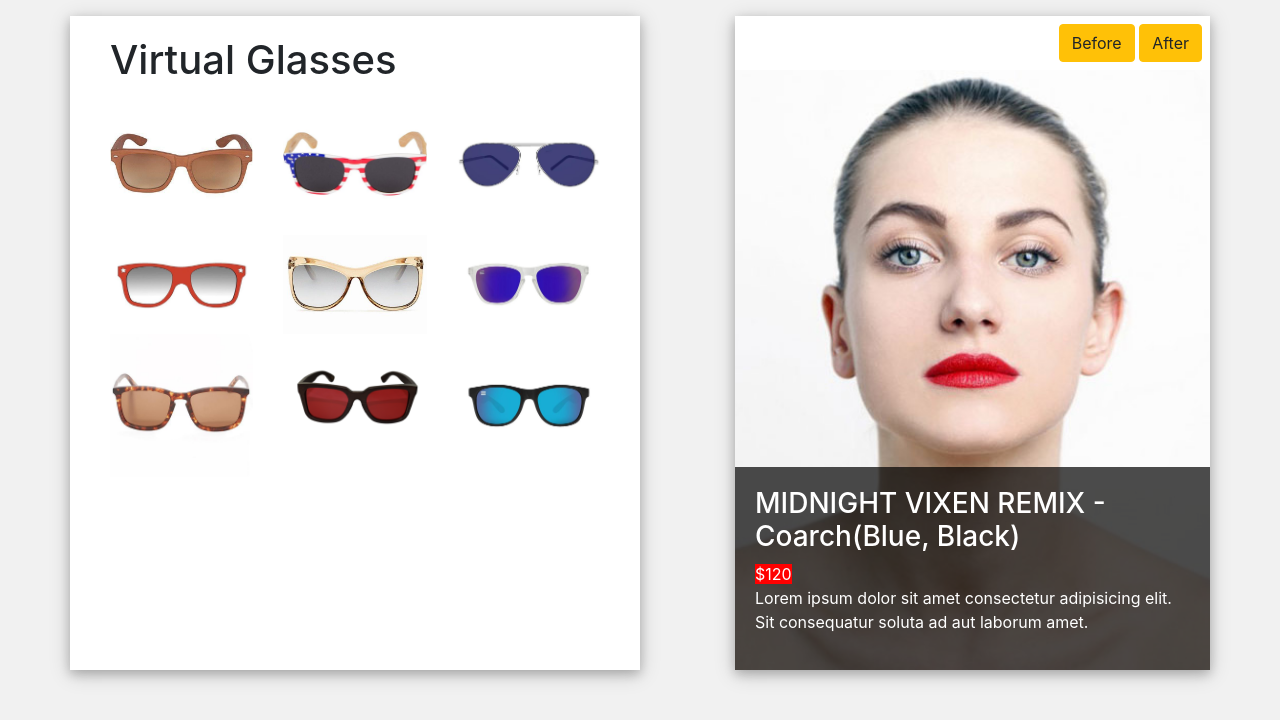
Repository: Khoi300399/BC35E_ES6_B2_MaThanhKhoi
Page: index.html
These files come from the project's save history. The page is drawn as it stood at one moment and after the next save; the edit follows.
The browser window is 1280 px wide. The pictures show the whole page.

Above is the page before, as saved 2022-10-21 23:43:13.

### index.html
<!DOCTYPE html>
<html lang="en">
  <head>
    <title>Virtual Glasses</title>
    <!-- Required meta tags -->
    <meta charset="utf-8" />
    <meta
      name="viewport"
      content="width=device-width, initial-scale=1, shrink-to-fit=no"
    />

    <!-- Bootstrap CSS -->
    <link
      rel="stylesheet"
      href="https://stackpath.bootstrapcdn.com/bootstrap/4.3.1/css/bootstrap.min.css"
      integrity="sha384-ggOyR0iXCbMQv3Xipma34MD+dH/1fQ784/j6cY/iJTQUOhcWr7x9JvoRxT2MZw1T"
      crossorigin="anonymous"
    />

    <!-- Main CSS -->
    <link rel="stylesheet" href="./css/index.css" />
  </head>

  <body>
    <div class="container vglasses py-3">
      <div class="row justify-content-between">
        <div class="col-6 vglasses__left">
          <div class="row">
            <div class="col-12">
              <h1 class="mb-2">Virtual Glasses</h1>
            </div>
          </div>
          <div class="row" id="vglassesList"></div>
        </div>
        <div class="col-5 vglasses__right p-0">
          <div class="vglasses__card">
            <div class="mb-2 text-right mt-2 mr-2">
              <button
                id="btn1"
                class="btn btn-warning"
                onclick="removeGlasses()"
              >
                Before
              </button>
              <button id="btn2" class="btn btn-warning" onclick="addGlasses()">
                After
              </button>
            </div>
            <div class="vglasses__model" id="avatar"></div>
            <div id="glassesInfo" class="vglasses__info">
              <h3>MIDNIGHT VIXEN REMIX - Coarch(Blue, Black)</h3>
              <span>$120</span>
              <p>
                Lorem ipsum dolor sit amet consectetur adipisicing elit. Sit
                consequatur soluta ad aut laborum amet.
              </p>
            </div>
          </div>
        </div>
      </div>
    </div>

    <!-- Optional JavaScript -->
    <!-- jQuery first, then Popper.js, then Bootstrap JS -->
    <script
      src="https://code.jquery.com/jquery-3.4.1.js"
      integrity="sha256-WpOohJOqMqqyKL9FccASB9O0KwACQJpFTUBLTYOVvVU="
      crossorigin="anonymous"
    ></script>
    <!-- <script src="https://code.jquery.com/jquery-3.3.1.slim.min.js" integrity="sha384-q8i/X+965DzO0rT7abK41JStQIAqVgRVzpbzo5smXKp4YfRvH+8abtTE1Pi6jizo" crossorigin="anonymous"></script> -->
    <script
      src="https://cdnjs.cloudflare.com/ajax/libs/popper.js/1.14.7/umd/popper.min.js"
      integrity="sha384-UO2eT0CpHqdSJQ6hJty5KVphtPhzWj9WO1clHTMGa3JDZwrnQq4sF86dIHNDz0W1"
      crossorigin="anonymous"
    ></script>
    <script
      src="https://stackpath.bootstrapcdn.com/bootstrap/4.3.1/js/bootstrap.min.js"
      integrity="sha384-JjSmVgyd0p3pXB1rRibZUAYoIIy6OrQ6VrjIEaFf/nJGzIxFDsf4x0xIM+B07jRM"
      crossorigin="anonymous"
    ></script>

    <!-- MAIN JS -->
    <script type="" src="./js/main.js"></script>
  </body>
</html>

### css/index.css
/* GLOBAL */
* {
  box-sizing: border-box;
}
body {
  background: #f1f1f1;
}

/* MAIN CSS */
.vglasses__left {
  background-color: white;
  padding: 20px 40px;
  box-shadow: 0 4px 10px 0 rgba(0, 0, 0, 0.2), 0 4px 20px 0 rgba(0, 0, 0, 0.19);
}
.vglasses__left .col-4 {
  align-self: center;
}
.vglasses__items {
  width: 50px;
  height: 50px;
}

.vglasses__left img {
  cursor: pointer;
  width: 100%;
  height: 100%;
}

.vglasses__right {
  box-shadow: 0 4px 10px 0 rgba(0, 0, 0, 0.2), 0 4px 20px 0 rgba(0, 0, 0, 0.19);
}

.vglasses__model {
  background-image: url("../img/model.jpg");
  background-position: center top;
  background-size: cover;
  height: 600px;
}

.vglasses__model img {
  position: absolute;
  top: 32%;
  left: 25%;
  width: 238px;
  height: 85px;
  opacity: 0.9;
}

.vglasses__card {
  position: relative;
  overflow: hidden;
  background-color: white;
}

.vglasses__info {
  position: absolute;
  bottom: 0;
  left: 0;
  background-color: rgba(0, 0, 0, 0.7);
  width: 100%;
  color: white;
  padding: 20px;
}

.vglasses__info h3 {
}

.vglasses__info span {
  background-color: red;
}

#glasses {
  transition: all 0.5s;
}

### js/main.js
let dataGlasses = [
  {
    id: "G1",
    src: "./img/g1.jpg",
    virtualImg: "./img/v1.png",
    brand: "Armani Exchange",
    name: "Bamboo wood",
    color: "Brown",
    price: 150,
    description:
      "Lorem ipsum dolor sit amet consectetur adipisicing elit. Nobis ea voluptates officiis? ",
  },
  {
    id: "G2",
    src: "./img/g2.jpg",
    virtualImg: "./img/v2.png",
    brand: "Arnette",
    name: "American flag",
    color: "American flag",
    price: 150,
    description:
      "Lorem ipsum dolor, sit amet consectetur adipisicing elit. In assumenda earum eaque doloremque, tempore distinctio.",
  },
  {
    id: "G3",
    src: "./img/g3.jpg",
    virtualImg: "./img/v3.png",
    brand: "Burberry",
    name: "Belt of Hippolyte",
    color: "Blue",
    price: 100,
    description: "Lorem ipsum dolor, sit amet consectetur adipisicing elit.",
  },
  {
    id: "G4",
    src: "./img/g4.jpg",
    virtualImg: "./img/v4.png",
    brand: "Coarch",
    name: "Cretan Bull",
    color: "Red",
    price: 100,
    description: "In assumenda earum eaque doloremque, tempore distinctio.",
  },
  {
    id: "G5",
    src: "./img/g5.jpg",
    virtualImg: "./img/v5.png",
    brand: "D&G",
    name: "JOYRIDE",
    color: "Gold",
    price: 180,
    description:
      "Lorem ipsum dolor, sit amet consectetur adipisicing elit. Error odio minima sit labore optio officia?",
  },
  {
    id: "G6",
    src: "./img/g6.jpg",
    virtualImg: "./img/v6.png",
    brand: "Polo",
    name: "NATTY ICE",
    color: "Blue, White",
    price: 120,
    description: "Lorem ipsum dolor, sit amet consectetur adipisicing elit.",
  },
  {
    id: "G7",
    src: "./img/g7.jpg",
    virtualImg: "./img/v7.png",
    brand: "Ralph",
    name: "TORTOISE",
    color: "Black, Yellow",
    price: 120,
    description:
      "Lorem ipsum dolor sit amet consectetur adipisicing elit. Enim sint nobis incidunt non voluptate quibusdam.",
  },
  {
    id: "G8",
    src: "./img/g8.jpg",
    virtualImg: "./img/v8.png",
    brand: "Polo",
    name: "NATTY ICE",
    color: "Red, Black",
    price: 120,
    description:
      "Lorem ipsum dolor sit amet consectetur adipisicing elit. Reprehenderit, unde enim.",
  },
  {
    id: "G9",
    src: "./img/g9.jpg",
    virtualImg: "./img/v9.png",
    brand: "Coarch",
    name: "MIDNIGHT VIXEN REMIX",
    color: "Blue, Black",
    price: 120,
    description:
      "Lorem ipsum dolor sit amet consectetur adipisicing elit. Sit consequatur soluta ad aut laborum amet.",
  },
];

let renderGlassesUI = () => {
  let contentHTMl = ``;
  for (let value of dataGlasses) {
    contentHTMl += `
    <div class="col-4 .vglasses__items">
        <img src="${value.src}" onclick="btnShowGlasses('${value.virtualImg}')"  alt="" />
    </div>
    `;
  }
  document.querySelector("#vglassesList").innerHTML = contentHTMl;
};

let btnShowGlasses = (value) => {
  let contentHTML = `
    <img src="${value}" alt="" />
    `;
  document.querySelector("#avatar").innerHTML = contentHTML;
  document.querySelector("#avatar img").style.opacity = 0.8;
};

let removeGlasses = () => {
  document.querySelector("#avatar img").style.opacity = 0;
};

let addGlasses = () => {
  document.querySelector("#avatar img").style.opacity = 0.8;
};

window.onload = () => {
  renderGlassesUI();
};

After the next save:
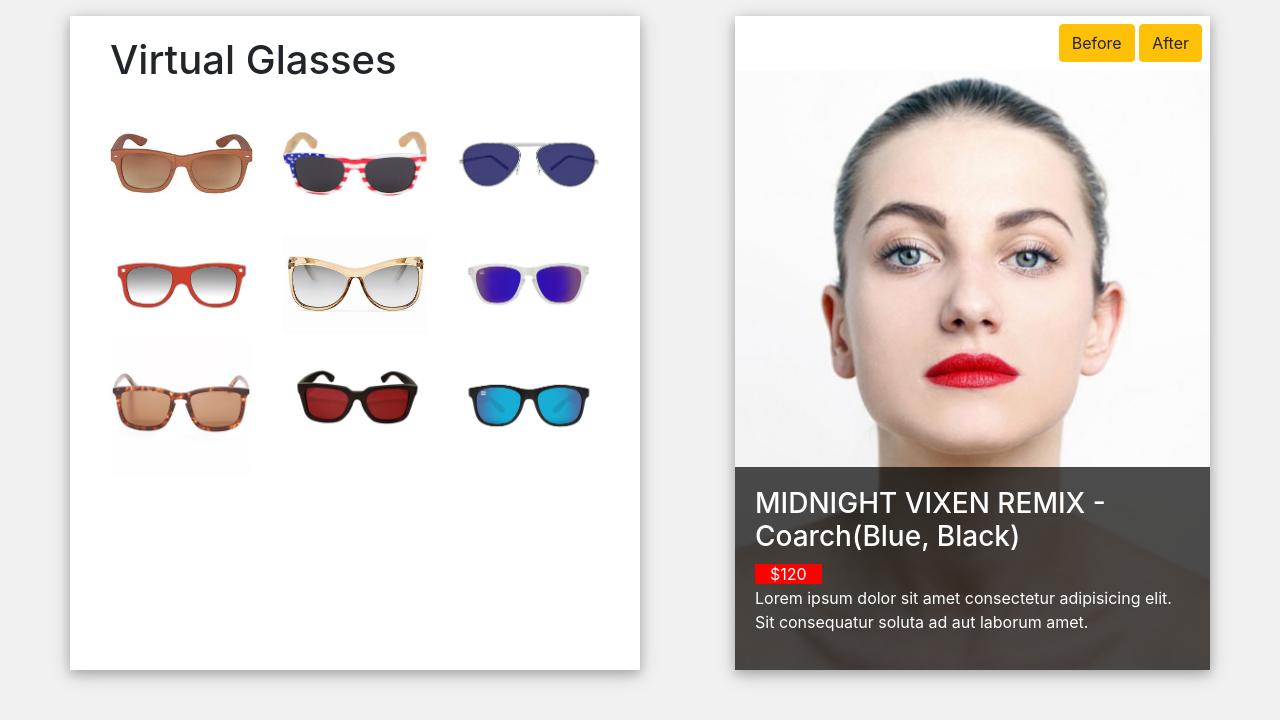
Saved 19 s later.
--- a/css/index.css
+++ b/css/index.css
@@ -66,6 +66,7 @@ body {
 }
 
 .vglasses__info span {
+  padding: 0 15px;
   background-color: red;
 }
 
